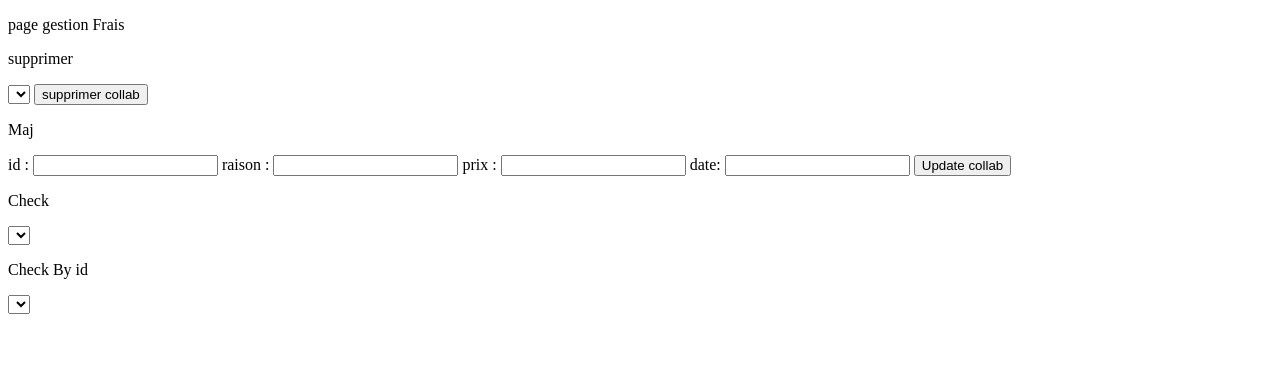
Repository: Shakibaei-2020/CRA_JEE_FINAL
Page: http://localhost/jee_crainfocom/ControleAdminGestionFrais
An editor plug-in stored every save of this project. The page is shown before and after the next save, followed by the edit.
The browser window is 1280 px wide. The pictures show the whole page.
The page is served by Tomcat 9. Other server files are loaded and not shown. Queries for data that is not in the repository find no rows.

Above is the page before, as saved 2021-04-08 09:47:12.

### CRA_JEE_FINAL/jee_crainfocom/src/main/webapp/WEB-INF/PageAdminGestionFrais.jsp
<%@ page pageEncoding="UTF-8" %>
<%@ taglib uri="http://java.sun.com/jsp/jstl/core" prefix="c" %>
<!DOCTYPE html>
<html>
<head>
<meta charset="ISO-8859-1">
<title>Insert title here</title>
</head>
<body>
<p>page gestion Frais</p>

<!-- ************************************************************************ -->

<p>supprimer</p>
<form method="post" action=ControleAdminGestionFrais>
	<select name="saisiRaison" id="saisiRaison" >
     	<c:forEach items="${ tabRaisonFrais }" var="tabRaisonFrais" varStatus="status">
        <p><option><c:out  value="${tabRaisonFrais}"></option></c:out ></p>
		</c:forEach>
	</select>
<input type="submit" value="supprimer collab"/>
</form>

<!-- ************************************************************************ -->

<p>Maj</p>
 <form method="post" action="ControleInterneGestionFrais">

            <label for="idUp">id : </label>
            <input type="text" name="idUp" id="idUp" />

            <label for="raisonUp">raison : </label>
            <input type="text" name="raisonUp" id="raisonUp" />

            <label for="prixUp">prix : </label>
            <input type="text" name="prixUp" id="prixUp" />

            <label for="dateUp">date: </label>
            <input type="text" name="dateUp" id="dateUp" />

            <input type="submit" value="Update collab" />
</form>
<!-- ************************************************************************ -->

<p>Check</p>

		<select>
     	<c:forEach   items="${ tabNoteDeFrais }" var="tabCollab" varStatus="status">
        <p> <option method="get" action="ControleAdminGestionCollab"  ><c:out value="${tabNoteDeFrais}"></option></c:out ></p>
		</c:forEach>
		</select>

</body>
<!-- ************************************************************************ -->

<p>Check By id</p>

		<select>
     	<c:forEach   items="${ tabNoteDeFrais }" var="tabCollab" varStatus="status">
        <p> <option method="get" action="ControleAdminGestionCollab"  ><c:out value="${tabNoteDeFrais}"></option></c:out ></p>
		</c:forEach>
		</select>

</body>
</html>

### CRA_JEE_FINAL/jee_crainfocom/src/main/java/com/infocom/controller/Collaborateur/ControleAdminGestionFrais.java
package com.infocom.controller.Collaborateur;
import java.io.IOException;
import java.sql.SQLException;
import java.text.ParseException;
import java.text.SimpleDateFormat;
import java.util.ArrayList;
import java.sql.Date;
import java.util.List;
import javax.servlet.ServletException;
import javax.servlet.annotation.WebServlet;
import javax.servlet.http.HttpServlet;
import javax.servlet.http.HttpServletRequest;
import javax.servlet.http.HttpServletResponse;
import com.infocom.model.NoteDeFrais;
import com.infocom.model.DAO.NoteDeFraisDAO;


@WebServlet("/ControleAdminGestionFrais")
public class ControleAdminGestionFrais extends HttpServlet {
	private static final long serialVersionUID = 1L;


    public ControleAdminGestionFrais() {
        super();
    }


	protected void doGet(HttpServletRequest request, HttpServletResponse response) throws ServletException, IOException {

		NoteDeFraisDAO notedefraisDAO = new NoteDeFraisDAO();
		List<NoteDeFrais> tabNoteDeFrais = new ArrayList();

		try {
			tabNoteDeFrais = notedefraisDAO.selectAllFrais();
		} catch (SQLException e) {
		e.printStackTrace();
		}

		request.setAttribute("tabNoteDeFrais",tabNoteDeFrais);
		ArrayList<String> tabRaisonFrais = new ArrayList<String>();
		for (int i = 0; i < tabNoteDeFrais.size(); i++) {
			tabRaisonFrais.add(tabNoteDeFrais.get(i).getRaison());
		}
		request.setAttribute("tabRaisonFrais",tabRaisonFrais);


        this.getServletContext().getRequestDispatcher("/WEB-INF/PageAdminGestionFrais.jsp").forward(request, response);
	}


	protected void doPost(HttpServletRequest request, HttpServletResponse response) throws ServletException, IOException {

		String buttonClicked = request.getParameter("button_clicked");


		if(buttonClicked != null) {
		switch(buttonClicked) {
		case"supprimerFrais":

			String saisiRaison = request.getParameter("saisiRaison");
			request.setAttribute("saisiRaison",saisiRaison);

	         NoteDeFraisDAO noteDeFraisDAO = new NoteDeFraisDAO();

	        try {
	        	noteDeFraisDAO.deleteFrais(saisiRaison);
				this.doGet(request, response);
				return;

			} catch (SQLException e) {
				e.printStackTrace();
			}
	        break;

		case"updateFrais":


	        String idUp = request.getParameter("idUp");
	        int idUpParsed = Integer.parseInt(idUp);

			String raisonUp =request.getParameter("raisonUp");

	        String prixUp = request.getParameter("prixUp");
	        Double prixUpParsed = Double.parseDouble(prixUp);

	        String dateUp = request.getParameter("dateUp");
		        Date date=Date.valueOf(dateUp);
			     NoteDeFrais notedefrais = new NoteDeFrais(idUpParsed,raisonUp,prixUpParsed,date, 2);
			     NoteDeFraisDAO notedefraisDAO = new NoteDeFraisDAO();
			try {
				notedefraisDAO.updateFrais(notedefrais);
			} catch (SQLException e1) {
				e1.printStackTrace();
			}
			break;

		case"showFrais":
	        String idSho = request.getParameter("idSho");
	        int idShoInt = Integer.parseInt(idSho);


			NoteDeFraisDAO notedefraisDAOAffiche = new NoteDeFraisDAO();
			List < NoteDeFrais > tabNot = new ArrayList <NoteDeFrais>();


			try {
				tabNot = notedefraisDAOAffiche.selectFraisCollab(idShoInt);
			} catch (SQLException e) {
			e.printStackTrace();
			}
			request.setAttribute("tabNot",tabNot);
			break;
		}



		}

    	this.doGet(request, response);

        this.getServletContext().getRequestDispatcher("/WEB-INF/PageAdminGestionFrais.jsp").forward(request, response);

	}

}

### CRA_JEE_FINAL/jee_crainfocom/src/main/java/com/infocom/model/DAO/NoteDeFraisDAO.java
package com.infocom.model.DAO;

import java.sql.Connection;
import java.sql.Date;
import java.sql.PreparedStatement;
import java.sql.ResultSet;
import java.sql.SQLException;
import java.util.ArrayList;
import java.util.List;

import com.infocom.model.Collaborateur;
import com.infocom.model.NoteDeFrais;
import com.infocom.model.util.DBUtil;

public class NoteDeFraisDAO {




	private  final String SELECT_FRAIS_BY_IDD = "SELECT nf.raison,nf.prix,nf.date FROM notedefrais nf INNER JOIN collaborateur cl ON nf.idColl = cl.id WHERE cl.id = ?;";

	public List < NoteDeFrais > selectFraisCollab(int idColl) throws SQLException{

        List < NoteDeFrais > NoteDeFrais = new ArrayList <NoteDeFrais> ();
        PreparedStatement preparedStatement = null;
      Connection connection = DBUtil.getConnection();

             preparedStatement = connection.prepareStatement(SELECT_FRAIS_BY_IDD);
        	 preparedStatement.setInt(1, idColl);
	         ResultSet rs = (ResultSet) preparedStatement.executeQuery();
            while (rs.next()) {
                int idFrais = rs.getInt("id");
                String raisonFrais = rs.getString("raison");
                int prixFrais = rs.getInt("prix");
                Date dateFrais = rs.getDate("date");

                NoteDeFrais.add(new NoteDeFrais(idFrais, raisonFrais, prixFrais, dateFrais,idColl));
            }

        preparedStatement.close();
        return NoteDeFrais;
    }

	private  final String INSERT_FRAIS_SQL = "INSERT INTO notedefrais  (raison, prix, date,idColl) VALUES  (?, ?, ?, ?);";

	  public void insertFrais(NoteDeFrais noteDeFrais) throws SQLException {

		  PreparedStatement preparedStatement = null;
	       Connection connection = DBUtil.getConnection();
	       		preparedStatement = connection.prepareStatement(INSERT_FRAIS_SQL);
	            preparedStatement.setString(1, noteDeFrais.getRaison());
	            preparedStatement.setDouble(2, noteDeFrais.getPrix());
	            preparedStatement.setDate(3, (Date) noteDeFrais.getDate());
	            preparedStatement.setInt(4, noteDeFrais.getIdColl());


	            preparedStatement.executeUpdate();
	            preparedStatement.close();

	    }


		private final String SELECT_ALL_FRAIS = "SELECT * FROM notedefrais ";

		public List<NoteDeFrais> selectAllFrais() throws SQLException {
			List<NoteDeFrais> noteDeFrais = new ArrayList<NoteDeFrais>();

			PreparedStatement preparedStatement = null ;
			Connection connection = DBUtil.getConnection();
			preparedStatement = connection.prepareStatement(SELECT_ALL_FRAIS);
			ResultSet rs =  preparedStatement.executeQuery();

			while (rs.next()) {
				int id = rs.getInt("id");
				String raison = rs.getString("raison");
				double prix = rs.getDouble("prix");
				Date date = rs.getDate("date");
				noteDeFrais.add(new NoteDeFrais(id, raison, prix, date, id));
			}
			rs.close();
			preparedStatement.close();
			return noteDeFrais;
		}

		private final String DELETE_FRAIS_SQL = "DELETE FROM notedefrais WHERE raison = ?;";

		public boolean deleteFrais(String raison) throws SQLException {
			boolean rowDeleted;
			PreparedStatement preparedStatement = null;
			Connection connection = DBUtil.getConnection();
			 preparedStatement = connection.prepareStatement(DELETE_FRAIS_SQL);
			 preparedStatement.setString(1, raison);
			rowDeleted = preparedStatement.executeUpdate() > 0;

			preparedStatement.close();
			return rowDeleted;
		}

		private final String UPDATE_FRAIS_SQL = "UPDATE collaborateur SET raison = ?,prix =? ,date =? WHERE id = ?;";

		public boolean updateFrais(NoteDeFrais noteDeFrais) throws SQLException {
			boolean rowUpdated;
			PreparedStatement preparedStatement = null;
			Connection connection = DBUtil.getConnection();
			preparedStatement = connection.prepareStatement(UPDATE_FRAIS_SQL);
			preparedStatement.setString(1, noteDeFrais.getRaison());
			preparedStatement.setDouble(2, noteDeFrais.getPrix());
			preparedStatement.setDate(3, (Date) noteDeFrais.getDate());
			preparedStatement.setInt(4, noteDeFrais.getId());
			rowUpdated = preparedStatement.executeUpdate() > 0;

			preparedStatement.close();
			return rowUpdated;

		}


}

### CRA_JEE_FINAL/jee_crainfocom/src/main/java/com/infocom/model/util/DBUtil.java
package com.infocom.model.util;

import java.sql.Connection;

import java.sql.DriverManager;
import java.sql.SQLException;
import java.sql.Driver;


public class DBUtil {
	private static final String DB_DRIVER_CLASS="com.mysql.jdbc.Driver";
	private static final String DB_USERNAME="root";
	private static final String DB_PASSWORD="";
	private static final String DB_URL ="jdbc:mysql://localhost:3306/crajeefinal";

	private static Connection connection = null;


	static{
		try {
			Class.forName(DB_DRIVER_CLASS);
			connection = DriverManager.getConnection(DB_URL, DB_USERNAME, DB_PASSWORD);
		} catch (ClassNotFoundException | SQLException e) {
			e.printStackTrace();
		}
	}

	public static Connection getConnection(){
		return connection;
	}
}

After the next save:
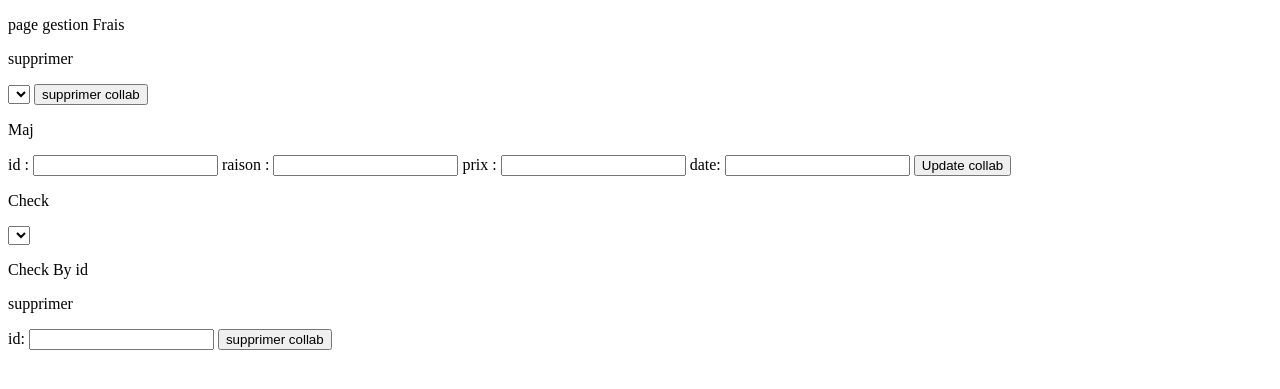
Saved 75 s later.
--- a/CRA_JEE_FINAL/jee_crainfocom/src/main/webapp/WEB-INF/PageAdminGestionFrais.jsp
+++ b/CRA_JEE_FINAL/jee_crainfocom/src/main/webapp/WEB-INF/PageAdminGestionFrais.jsp
@@ -55,11 +55,14 @@
 
 <p>Check By id</p>
 
-		<select>
-     	<c:forEach   items="${ tabNoteDeFrais }" var="tabCollab" varStatus="status">
-        <p> <option method="get" action="ControleAdminGestionCollab"  ><c:out value="${tabNoteDeFrais}"></option></c:out ></p>
-		</c:forEach>
-		</select>
+	<p>supprimer</p>
+<form method="post" action=ControleAdminGestionFrais>
+<label for="dateUp">id: </label>
+<input type="text" name="dateUp" id="dateUp" />
+
+<input type="submit" value="supprimer collab"/>
+</form>
+
 
 </body>
 </html>
